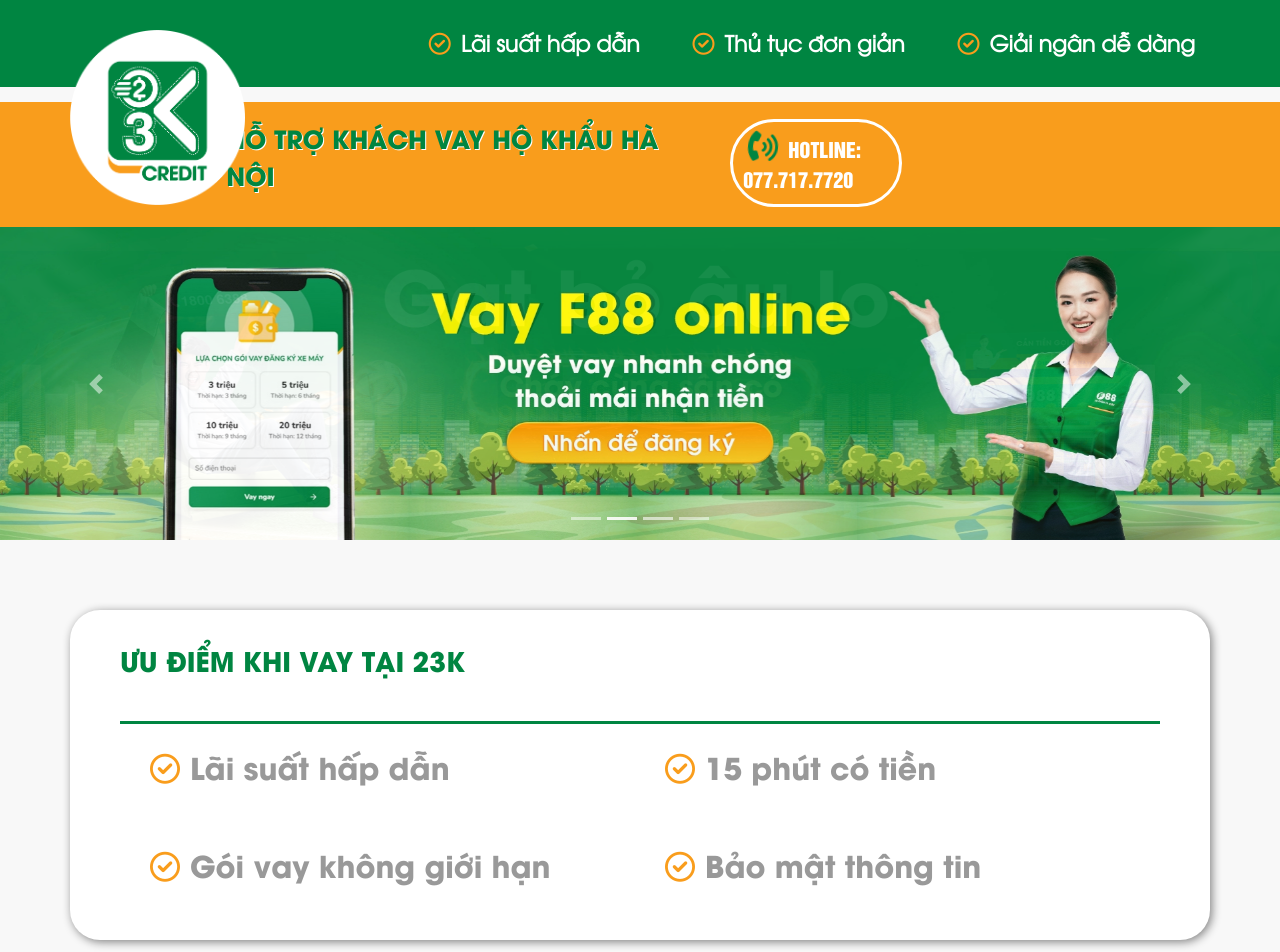
Repository: anhtu2110/23k.vn
Page: theme/index.html
The author's editor kept a copy of each file at every save. The page is drawn from the files as they stood at one save, then again after the next save.
The browser window is 1280 px wide. The pictures show the part of the page from y = 0 to 952 px (the page is 1984 px tall).
A picture or video elsewhere on the page could not be fetched, so the positions and the page height are approximate.

Above is the page before, as saved 2022-12-29 21:40:12.

### theme/index.html
<!DOCTYPE html>
<html lang="en">

<head>
    <meta charset="UTF-8">
    <meta http-equiv="X-UA-Compatible" content="IE=edge">
    <meta name="viewport" content="width=device-width, initial-scale=1.0">
    <link rel="icon" type="image/x-icon" href="./public/images/footer_logo.png">
    <link rel="stylesheet" href="public/css/bootstrap/bootstrap-theme.css" type="text/css" />
    <link rel="stylesheet" href="public/css/bootstrap/bootstrap.css" type="text/css" />
    <link rel="stylesheet" href="public/reset.css" type="text/css" />
    <link rel="stylesheet" href="public/css/font-awesome/css/font-awesome.min.css">
    <link rel="stylesheet" href="https://cdnjs.cloudflare.com/ajax/libs/font-awesome/6.2.1/css/all.min.css">
    <link rel="stylesheet" href="public/style.css" type="text/css" />
    <link rel="stylesheet" href="public/responsive.css" type="text/css" />
    <title>23K</title>

    <script src="public/js/jquery-3.6.1.min.js"></script>
    <script src="public/js/bootstrap/bootstrap.min.js"></script>
    <script src="public/js/main.js"></script>
</head>

<body>
    <!-- test  -->
    <div id="wrapper">
        <div id="header">
            <div class="header-top">
                <div class="container">
                    <div class="logo">
                        <a href="" class="logo">
                            <img src="./public/images/LOGO.png" alt="">
                        </a>
                    </div>
                    <ul class="benefit">
                        <li class="benefit-item">Lãi suất hấp dẫn</li>
                        <li class="benefit-item">Thủ tục đơn giản </li>
                        <li class="benefit-item">Giải ngân dễ dàng</li>
                    </ul>
                </div>
            </div>
            <div class="header-bottom">
                <div class="container">
                    <div class="row">
                        <div class="col-md-2"></div>
                        <div class="col-md-7">
                            <span class="content text-uppercase">Hỗ trợ khách vay hộ khẩu hà nội</span>
                        </div>
                        <div class="col-md-3">
                            <a href="tel:0777177720" class="hotline text-decoration-none">
                                <span class="icon-phone"><i class="fa-solid fa-phone-volume animation-phone"></i></span>
                                <span>Hotline: 077.717.7720</span>
                            </a>
                        </div>
                    </div>
                    <!-- <span class="content text-uppercase">Hỗ trợ khách vay hộ khẩu hà nội</span> -->
                    <!-- <a href="tel:0777177720" class="hotline text-decoration-none">
                        <span class="icon-phone"><i class="fa-solid fa-phone-volume animation-phone"></i></span>
                        <span>Hotline: 077.717.7720</span>
                    </a> -->
                </div>
            </div>
        </div>
        <!-- END HEADER  -->
        <style>
            #banner img {
                max-width: 100%;
                height: auto;
            }
        </style>
        <div id="wp-content">
            <section class="home-banner">
                <div id="banner" class="banner carousel slide carousel-fade" data-ride="carousel">
                    <ol class="carousel-indicators">
                        <li data-target="#banner" class="active" data-slide-to="0"></li>
                        <li data-target="#banner" data-slide-to="1"></li>
                        <li data-target="#banner" data-slide-to="2"></li>
                        <li data-target="#banner" data-slide-to="3"></li>
                    </ol>
                    <div class="carousel-inner">
                        <div class="carousel-item active" data-interval="2500">
                            <a href="">
                                <img class="desktop" src="./public/images/20220511164418256-1920 x 470.jpg" alt="">
                            </a>
                        </div>
                        <div class="carousel-item" data-interval="2500">
                            <a href="">
                                <img class="desktop" src="./public/images/20221012100205330-f88 vay tiền destop.png"
                                    alt="">
                            </a>
                        </div>
                        <div class="carousel-item" data-interval="2500">
                            <a href="">
                                <img class="desktop"
                                    src="./public/images/20221118174037871-destop wc vay tiền tại f88.jpg" alt="">
                            </a>
                        </div>
                        <div class="carousel-item" data-interval="2500">
                            <a href="">
                                <img class="desktop" src="./public/images/slider_4.jpg" alt="">
                            </a>
                        </div>
                    </div>
                    <a href="#banner" class="carousel-control-prev" data-slide="prev">
                        <span class="carousel-control-prev-icon"></span>
                    </a>
                    <a href="#banner" class="carousel-control-next" data-slide="next">
                        <span class="carousel-control-next-icon"></span>
                    </a>
                </div>
            </section>
            <!-- END HOME-BANNER  -->
            <div id="advantages" class="container box">
                <div class="head-box">
                    <div class="row">
                        <div class="col-md-12">
                            <p class="title">Ưu điểm khi vay tại 23k</p>
                        </div>
                    </div>
                </div>
                <div class="list-advantage">
                    <div class="row justify-content-center">
                        <div class="col-md-6 col-12">
                            <p class="advantage">Lãi suất hấp dẫn</p>
                        </div>
                        <div class="col-md-6 col-12">
                            <p class="advantage">15 phút có tiền</p>
                        </div>
                        <div class="col-md-6 col-12">
                            <p class="advantage">Gói vay không giới hạn</p>
                        </div>
                        <div class="col-md-6 col-12">
                            <p class="advantage">Bảo mật thông tin</p>
                        </div>
                    </div>
                </div>
            </div>
            <!-- END ADVANTAGES  -->
            <div id="should-choose" class="container box">
                <div class="head-box">
                    <div class="row">
                        <div class="col-md-12">
                            <p class="title">Bạn nên chọn 23k</p>
                        </div>
                    </div>
                </div>
                <ul class="list-reason">
                    <li class="reason-item">
                        <a href=""><img src="./public/images/thu_tuc.png" alt=""></a>
                        <p>Thủ tục đơn giản chỉ cần CCCD & sổ hộ khẩu Hà Nội</p>
                    </li>
                    <li class="reason-item">
                        <a href=""><img src="./public/images/tham_dinh.png" alt=""></a>
                        <p>
                            Thẩm định nhanh chóng linh hoạt
                        </p>
                    </li>
                    <li class="reason-item">
                        <a href=""><img src="./public/images//lai_suat.png" alt=""></a>
                        <p>Lãi suất ưu đãi nhất Hà Nội</p>
                    </li>
                    <li class="reason-item">
                        <a href=""><img src="./public/images/tu_van.png" alt=""></a>
                        <p>Đăng ký tư vấn online dễ dàng</p>
                    </li>
                    <li class="reason-item">
                        <a href=""><img src="./public/images/bao_mat.png" alt=""></a>
                        <p>Bảo mật thông tin khách hàng</p>
                    </li>
                </ul>
            </div>
        </div>
        <!-- END WP-CONTENT  -->
        <div id="footer">
            <div id="footer-top">
                <div class="container">
                    <div class="row">
                        <div class="footer-top-content col-12">
                            <span class="footer-thank">Trân trọng cảm ơn quý khách !</span>
                            <a href="tel:0777177720" class="hotline text-decoration-none">
                                <span class="icon-phone"><i class="fa-solid fa-phone-volume animation-phone"></i></span>
                                <span>Hotline: 077.717.7720</span>
                            </a>
                        </div>
                    </div>
                </div>
            </div>
            <!-- END FOOTER-TOP  -->
            <div id="footer-bottom">
                <div class="container">
                    <div class="row no-gutters">
                        <div class="footer-logo col-md-4">
                            <a href="" class="logo">
                                <img src="./public/images/footer_logo.png" alt="">
                            </a>
                        </div>
                        <div class="footer-info-contact">
                            <p>Thông tin liên hệ</p>
                            <ul class="list-info-contact">
                                <li class="info-contact-item"><a href=""><i class="fa-solid fa-location-dot"></i>252 Đ.
                                        Lạc Long
                                        Quân, Bưởi, Cầu Giấy, Hà Nội, Việt Nam</a></li>
                                <li class="info-contact-item"><a href=""><i class="fa-solid fa-phone"></i>HOTLINE:
                                        0777.170.720</a></li>
                                <li class="info-contact-item"><a href=""><i
                                            class="fa-brands fa-square-facebook"></i>www.facebook.com/groups/taichinh23k</a>
                                </li>
                            </ul>
                        </div>
                    </div>
                </div>
            </div>
            <div class="container">
                <div class="row">
                    <div class="col-md-4">xin chaof</div>
                    <div class="col-md-4">xin chaof</div>
                    <div class="col-md-4">xin chào</div>
                </div>
            </div>

            <!-- END FOOTER-BOTTOM  -->
        </div>
        <!-- END FOOTER  -->
    </div>
</body>

</html>

### theme/public/style.css
@import '../public/css/import/fonts.css';
@import '../public/css/import/global.css';
@import '../public/css/import/header.css';
@import '../public/css/import/footer.css';
@import '../public/css/import/register.css';

### theme/public/responsive.css
@media (max-width: 1199px) {
    html {
        font-size: 5.333px;
        /* font-size: 8px; */
    }
}

@media (max-width: 767px) {
    html {
        font-size: 10px;
    }
}

### theme/public/css/import/fonts.css
@font-face {
    font-family: 'Leelawadee UI Bold';
    src: url('../../font/leelawdb.ttf');
}

@font-face {
    font-family: 'Montserrat-SemiBold';
    src: url('../../font/Montserrat-SemiBold.ttf');
}

@font-face {
    font-family: 'UTM Avo';
    src: url('../../font/UTM\ Avo.ttf');
}

@font-face {
    font-family: 'UTM AvoBold_Italic';
    src: url('../../font/UTM\ AvoBold_Italic.ttf');
}

@font-face {
    font-family: 'UTM AvoBold';
    src: url('../../font/UTM\ AvoBold.ttf');
}

@font-face {
    font-family: 'UTM AvoItalic';
    src: url('../../font/UTM\ AvoItalic.ttf');
}

@font-face {
    font-family: 'UTM HelvetIns';
    src: url('../../font/UTM\ HelvetIns.ttf');
}

### theme/public/css/import/global.css
:root {
    --bg-page: #F8F8F8;
    --bg-green: #008541;
    --bg-white: #FFFFFF;
    --bg-orange: #F99D1C;
    --bg-gray: #666666;
}

a {
    text-decoration: none !important;
}

ul {
    padding: 0;
    margin: 0;
}

html {
    font-size: 62.5%;
}

body {
    background-color: var(--bg-page);
}

.head-box {
    padding-bottom: 3rem;
    padding-top: 1rem;
    border-bottom: 3px solid var(--bg-green);
}

p.title {
    font-size: 2.7rem;
    font-family: 'UTM AvoBold';
    color: var(--bg-green);
    text-transform: uppercase;
}

.box {
    background-color: var(--bg-white);
    padding: 2rem 5rem;
    box-shadow: 2px 2px 10px gray;
    border-radius: 3rem;
    z-index: 1;
}

a.hotline {
    display: inline-block;
    font-size: 2rem;
    font-family: 'UTM HelvetIns';
    text-transform: uppercase;
    color: var(--bg-white);
    padding: 1rem 1rem;
    border: 0.3rem solid var(--bg-white);
    border-radius: 100rem;
    margin-left: 1rem;
    overflow: hidden;
}

a.hotline span.icon-phone i {
    font-size: 3rem;
    color: var(--bg-green);
    padding-inline: 0.5rem;
}

.animation-phone {
    animation-name: trin;
    animation-duration: 1.5s;
    animation-iteration-count: infinite;
    animation-timing-function: linear;
}

@keyframes trin {

    from {
        transform: rotate3d(0, 0, 1, 0deg);
    }

    20%,
    32%,
    44%,
    56%,
    68% {
        transform: rotate3d(0, 0, 1, 0deg);
    }

    23%,
    35%,
    47%,
    59%,
    71% {
        transform: rotate3d(0, 0, 1, 15deg);
    }

    26%,
    38%,
    50%,
    62%,
    74% {
        transform: rotate3d(0, 0, 1, 0deg);
    }

    29%,
    41%,
    53%,
    65%,
    77% {
        transform: rotate3d(0, 0, 1, -15deg);
    }

    80% {
        transform: rotate3d(0, 0, 1, 0deg);
    }

}

### theme/public/css/import/header.css
.header-top {
    background-color: var(--bg-green);
    margin-bottom: 1.5rem;
}

.header-top .container {
    position: relative;
    display: flex;
    justify-content: flex-end;
}

#header .logo {
    position: absolute;
    top: 1.5rem;
    left: 0;
    border-radius: 10rem;
    z-index: 1;
}

#header .logo a.logo img {
    width: 17.5rem;
    height: auto;
}

ul.benefit li.benefit-item {
    display: inline-block;
    font-size: 2.2rem;
    color: red;
    font-family: 'UTM Avo';
    font-weight: 600;
    color: var(--bg-white);
    padding: 2.6rem 2rem;
}

ul.benefit li.benefit-item:last-child {
    padding-right: 0;
}

ul.benefit li.benefit-item::before {
    display: inline-block;
    content: '\f058';
    font-family: "Font Awesome 6 Free";
    -webkit-font-smoothing: antialiased;
    font-weight: normal;
    color: #F99D1C;
    padding-inline: 1rem;
}

/* ul.benefit li.benefit-item i {
    display: inline-block;
    padding-inline: 1rem;
    color: #F99D1C;
} */

/* END HEADER TOP  */
.header-bottom {
    height: 12.5rem;
    background-color: var(--bg-orange);
    display: flex;
    align-items: center;
}

.header-bottom .container {
    display: flex;
    align-items: center;
    /* justify-content: right; */
}

.header-bottom .content {
    font-size: 2.5rem;
    font-family: 'UTM AvoBold';
    color: var(--bg-green);
    text-shadow: 1px 1px var(--bg-white);
    width: fit-content;
}

### theme/public/css/import/footer.css
#footer #footer-top {
    background-color: var(--bg-green);
    padding-block: 3rem;
}

#footer #footer-top .footer-top-content {
    display: flex;
    justify-content: space-between;
}

#footer #footer-top .footer-top-content span.footer-thank {
    font-size: 3.8rem;
    color: var(--bg-white);
    font-family: 'UTM AvoBold';
    text-transform: uppercase;
    margin-left: -1.5rem;
}

#footer #footer-top .footer-top-content a.hotline {
    /* border: none; */
    background-color: var(--bg-orange);
    margin-right: -1.5rem;
}

/* END FOOTER-TOP  */
#footer #footer-bottom .footer-logo a.logo img {
    display: block;
    max-width: 18rem;
    height: auto;
}

#footer #footer-bottom {
    padding-block: 4rem;
}

.footer-info-contact {
    font-size: 2.6rem;
    color: var(--bg-gray);
}

.footer-info-contact p {
    padding-block: 1rem;
    border-bottom: 0.2rem solid var(--bg-green);
}

ul.list-info-contact {
    list-style: none;
    padding: 0;
    margin: 0;
}

ul.list-info-contact li a {
    color: var(--bg-gray);
}

ul.list-info-contact i {
    display: inline-block;
    width: 3rem;
    height: auto;
}

### theme/public/css/import/register.css
#wp-content {
    margin-bottom: 8rem;
}

#advantages {
    margin-block: 7rem;
}

#advantages .list-advantage {
    margin-inline: 2rem;
}

#advantages p.advantage {
    font-size: 3rem;
    color: #999999;
    font-family: 'UTM AvoBold';
    padding-block: 2rem;
}

#advantages p.advantage::before {
    display: inline-block;
    content: '\f058';
    font-family: "Font Awesome 6 Free";
    -webkit-font-smoothing: antialiased;
    font-weight: normal;
    color: var(--bg-orange);
    padding-inline: 1rem;
}

/* END ADVANTAGE  */
#should-choose ul.list-reason {
    list-style: none;
    padding: 0;
    margin: 0;
    display: flex;
    align-items: center;
    text-align: center;
}

#should-choose ul.list-reason li.reason-item {
    flex-basis: 20%;
    padding: 2rem;
}

#should-choose ul.list-reason li a {
    display: block;
    width: 100%;
    height: 16rem;
}

#should-choose ul.list-reason li a img {
    display: inline-block;
    width: 15rem;
    height: auto;
}

#should-choose ul.list-reason li.reason-item p {
    font-size: 2rem;
    font-family: "UTM Avo";
    color: #808080;
}

Loaded but not shown: theme/public/css/bootstrap/bootstrap-theme.css (library); theme/public/css/bootstrap/bootstrap.css (library); theme/public/reset.css (common file); theme/public/css/font-awesome/css/font-awesome.min.css (library); theme/public/js/jquery-3.6.1.min.js (library); theme/public/js/bootstrap/bootstrap.min.js (library); theme/public/js/main.js (no copy from this time; the picture is the same without it)

After the next save:
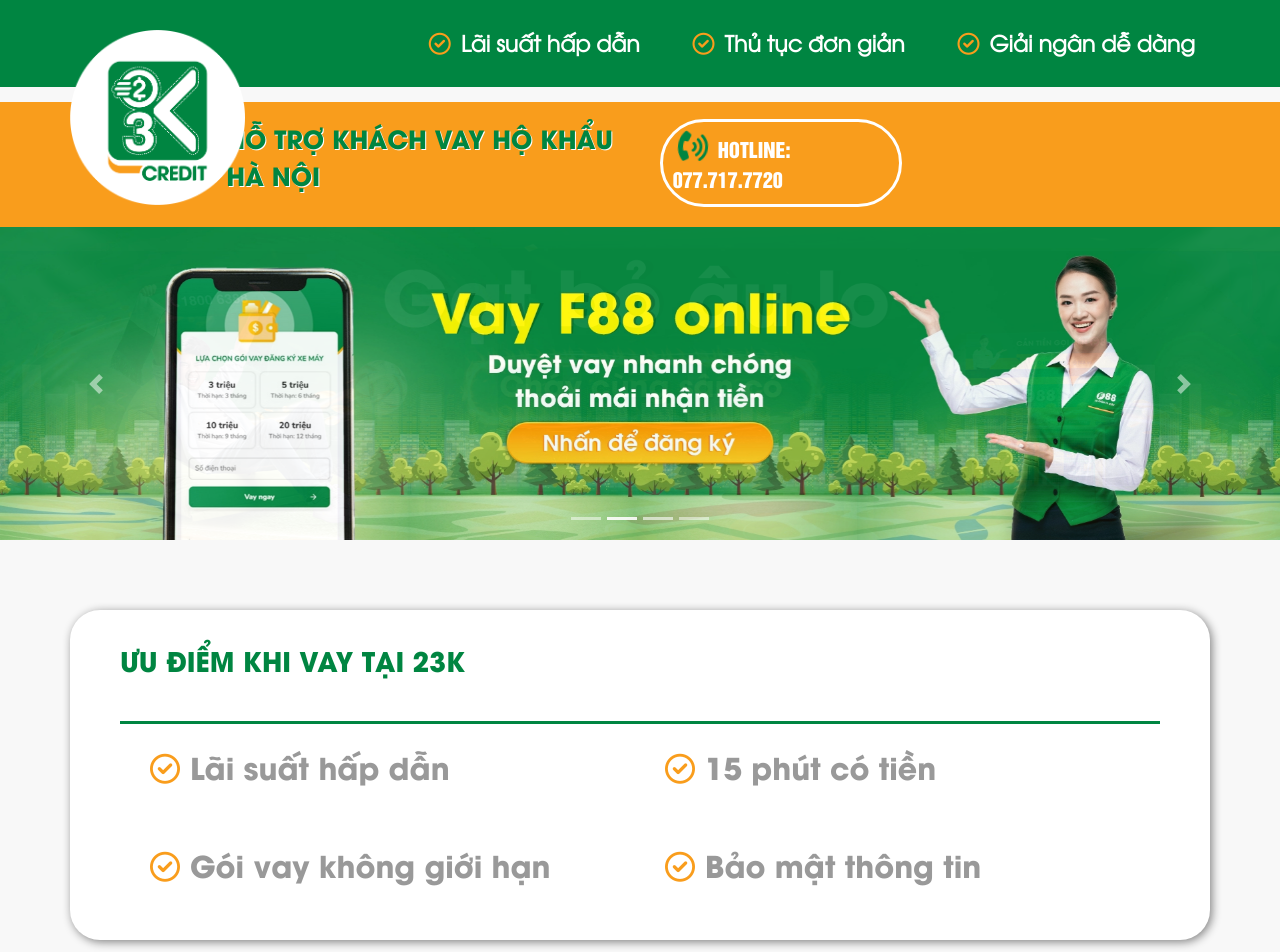
Saved 61 s later.
--- a/theme/index.html
+++ b/theme/index.html
@@ -42,10 +42,10 @@
                 <div class="container">
                     <div class="row">
                         <div class="col-md-2"></div>
-                        <div class="col-md-7">
+                        <div class="col-md-6">
                             <span class="content text-uppercase">Hỗ trợ khách vay hộ khẩu hà nội</span>
                         </div>
-                        <div class="col-md-3">
+                        <div class="col-md-4">
                             <a href="tel:0777177720" class="hotline text-decoration-none">
                                 <span class="icon-phone"><i class="fa-solid fa-phone-volume animation-phone"></i></span>
                                 <span>Hotline: 077.717.7720</span>
